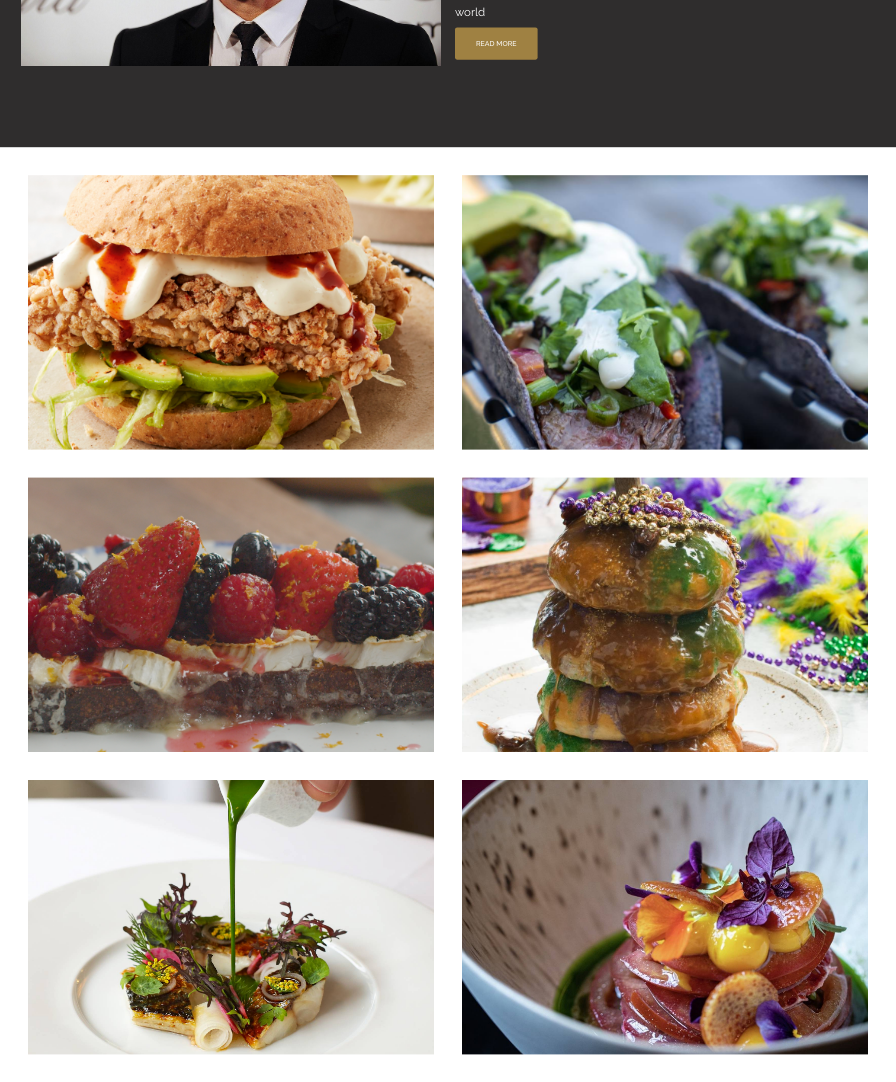
Repository: Esraa22M/Gordon-Ramsay-Biography
Page: index.html
An editor plug-in stored every save of this project. The page is shown before and after the next save, followed by the edit.
The browser window is 1280 px wide. The pictures show the part of the page from y = 1206 to 3126 px (the page is 2752 px tall before and 3760 px after), at 70% of full size.
Backgrounds fixed to the window are drawn as part of the page. Some web libraries are served in a nearby version.

Above is the page before, as saved 2022-12-19 12:12:09.

After the next save:
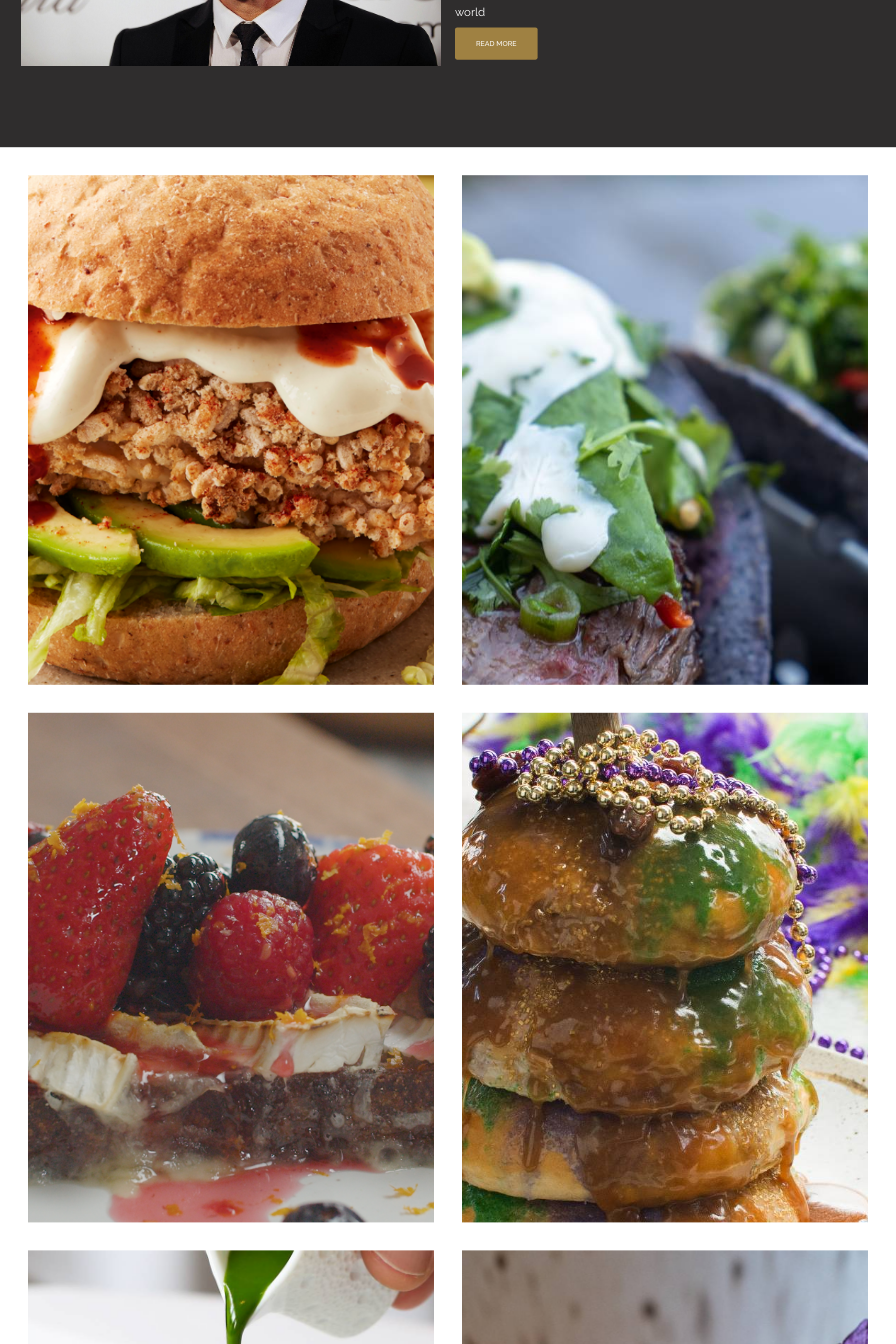
Saved 26 s later.
--- a/style.css
+++ b/style.css
@@ -252,7 +252,7 @@
   justify-content: center;
   flex-grow: 1;
   flex-basis: 48rem;
-  height: 60vh;
+  height: 60vw;
 }
 div.work__card img {
   width: 100%;
